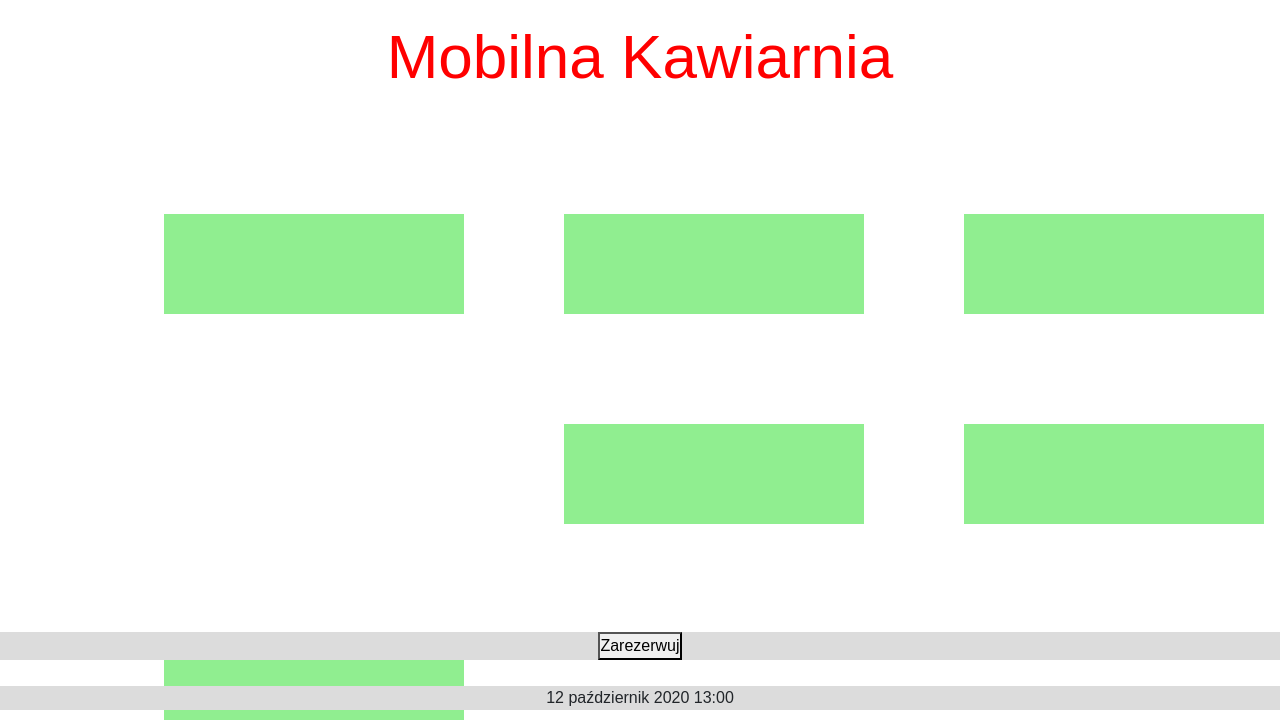
Repository: K009/MobilnaKawiarnia
Page: index.html
An editor plug-in stored every save of this project. The page is shown before and after the next save, followed by the edit.
The browser window is 1280 px wide. The pictures show the whole page.

Above is the page before, as saved 2020-12-19 10:56:04.

After the next save:
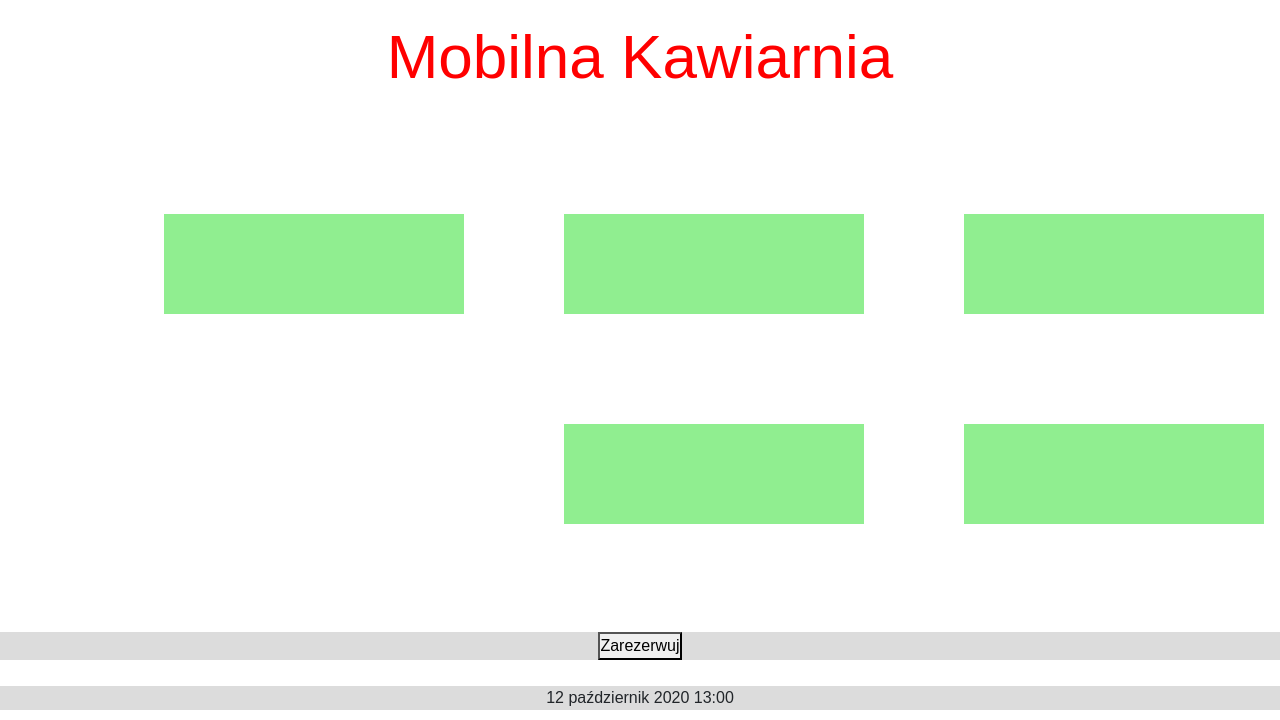
Saved 4 days later.
--- a/index.html
+++ b/index.html
@@ -44,11 +44,6 @@
                 </svg>
             </div>
 
-            <div class="tableUp">
-                <svg width="300" height="110">
-                    <rect class ="table" width="300" height="100" />
-                </svg>
-            </div>
 
         </div>
 
